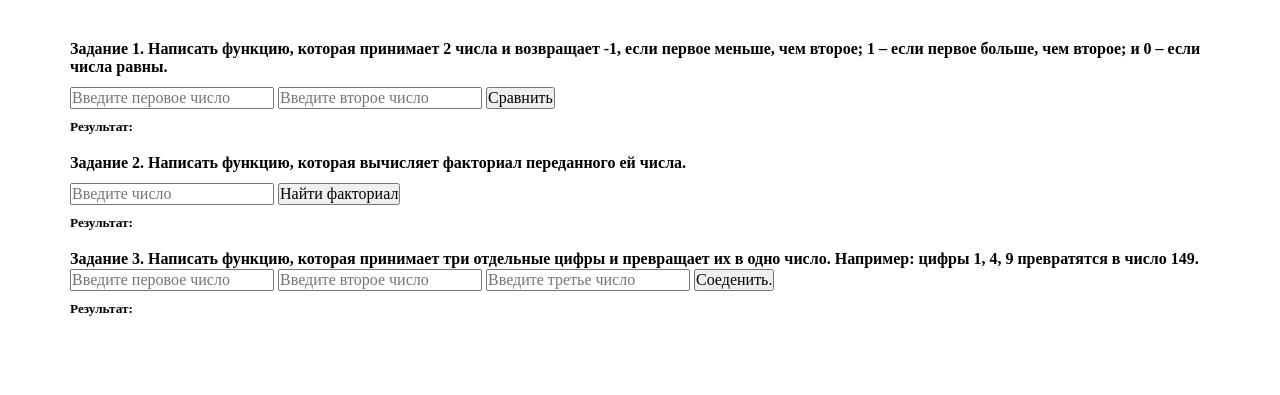
Repository: NastyaGavrilova/Beetroot-js
Page: HW3/index.html
An editor plug-in stored every save of this project. The page is shown before and after the next save, followed by the edit.
The browser window is 1280 px wide. The pictures show the whole page.

Above is the page before, as saved 2021-10-18 14:33:58.

After the next save:
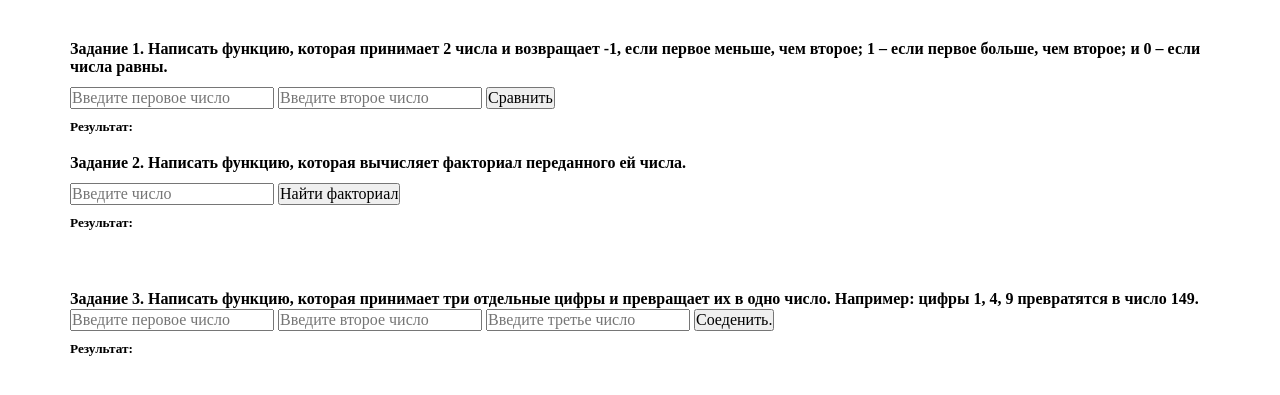
Saved 21 s later.
--- a/HW3/index.html
+++ b/HW3/index.html
@@ -59,7 +59,7 @@
       <h5>Результат: <span id="js-task2-span"></span></h5>
     </section>
 
-    <section class="c-task-third">
+    <section class="c-task-one c-tasks">
       <h4 class="c-task-third__title">
         Задание 3. Написать функцию, которая принимает три отдельные цифры и
         превращает их в одно число. Например: цифры 1, 4, 9 превратятся в число
